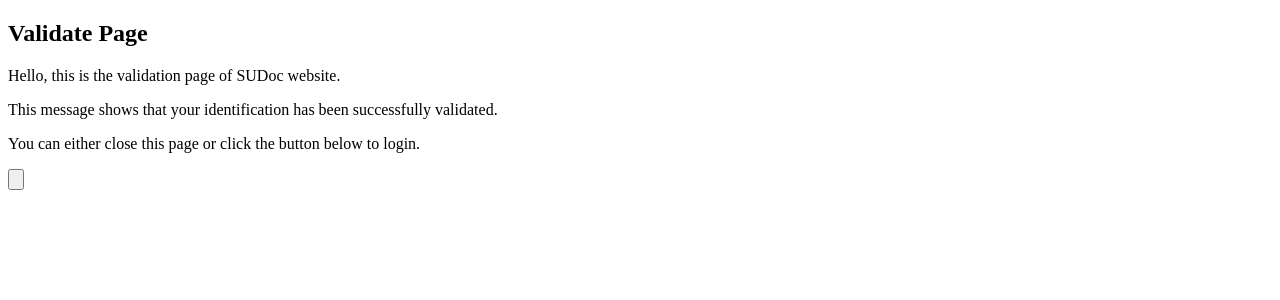
Repository: Ignoramus0817/SUDocWeb
Page: SUDoc/SUDoc/Templates/validatePage.html
An editor plug-in stored every save of this project. The page is shown before and after the next save, followed by the edit.
The browser window is 1280 px wide. The pictures show the whole page.

Above is the page before, as saved 2019-01-29 03:56:59.

### SUDoc/SUDoc/Templates/validatePage.html
<!DOCTYPE html>
<html>
<head>
<meta charset="UTF-8">
<title>Validate</title>
</head>
<body>
	<h2>Validate Page</h2>
	<p>Hello, this is the validation page of SUDoc website.</p>
	<p>This message shows that your identification has been successfully validated.</p>
	<p>You can either close this page or click the button below to login.</p>
	<input type = "button" name = "login">
</body>
</html>

After the next save:
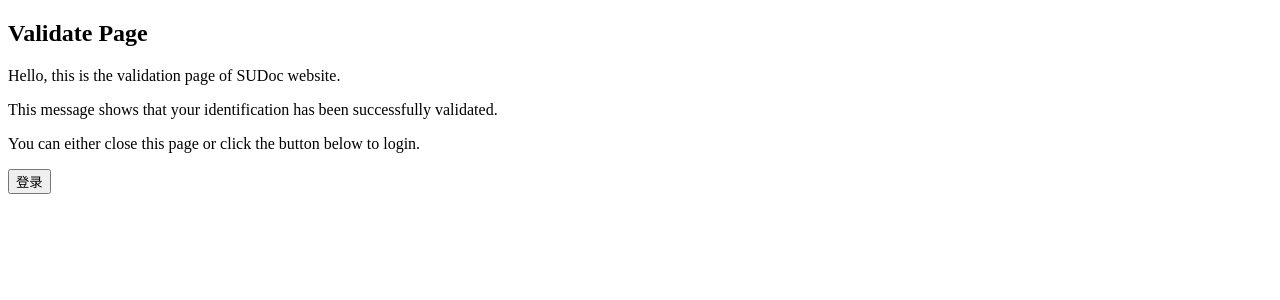
Saved 28 s later.
--- a/SUDoc/SUDoc/Templates/validatePage.html
+++ b/SUDoc/SUDoc/Templates/validatePage.html
@@ -9,6 +9,6 @@
 	<p>Hello, this is the validation page of SUDoc website.</p>
 	<p>This message shows that your identification has been successfully validated.</p>
 	<p>You can either close this page or click the button below to login.</p>
-	<input type = "button" name = "login">
+	<input type = "button" name = "login" value = "登录">
 </body>
 </html>
